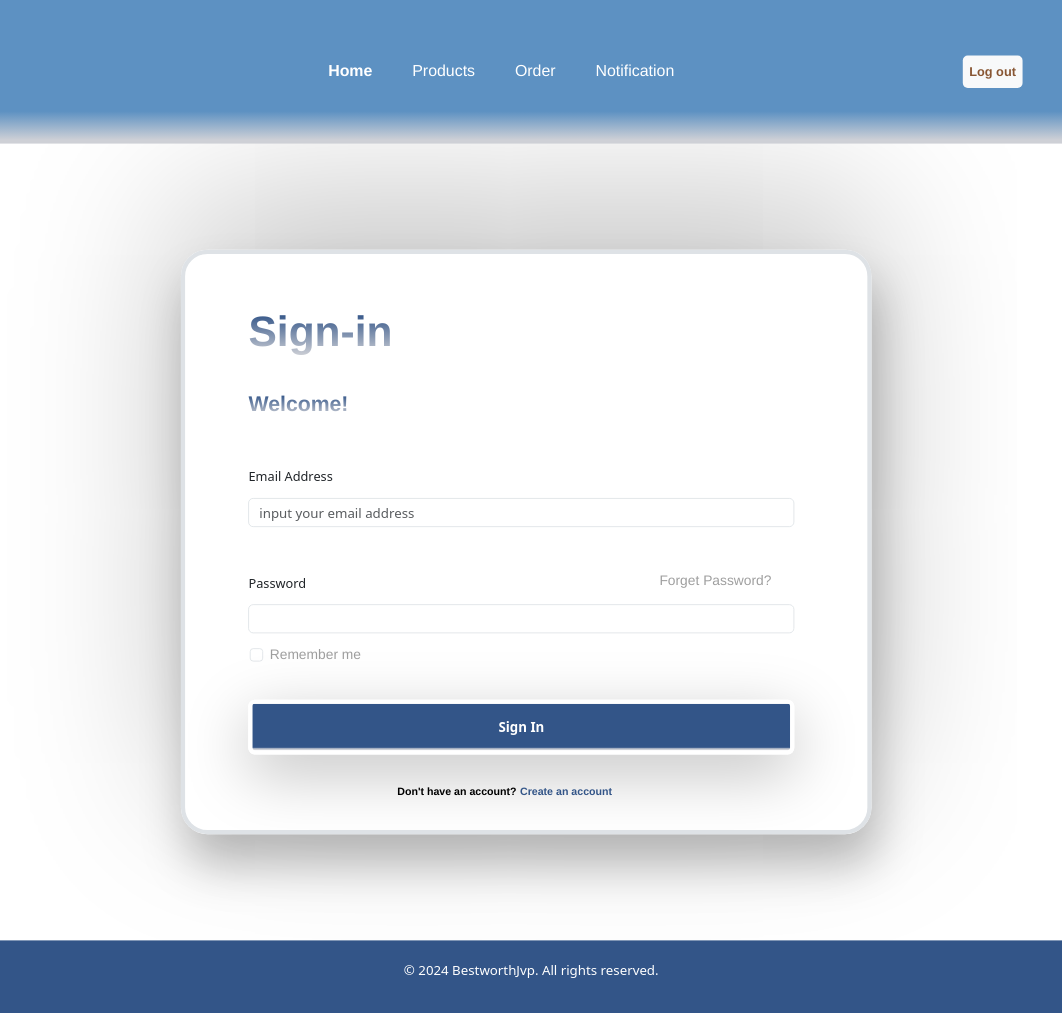
Repository: OVictor21/inventory
Page: /
The author's editor kept a copy of each file at every save. The page is drawn from the files as they stood at one save, then again after the next save.
The browser window is 1280 px wide. The pictures show the whole page, at 83% of full size.
The project was rebuilt for these pictures with package versions that can differ from the ones it lists, and the page was loaded fresh each time.

Above is the page before, as saved 2024-12-14 10:38:23.

After the next save:
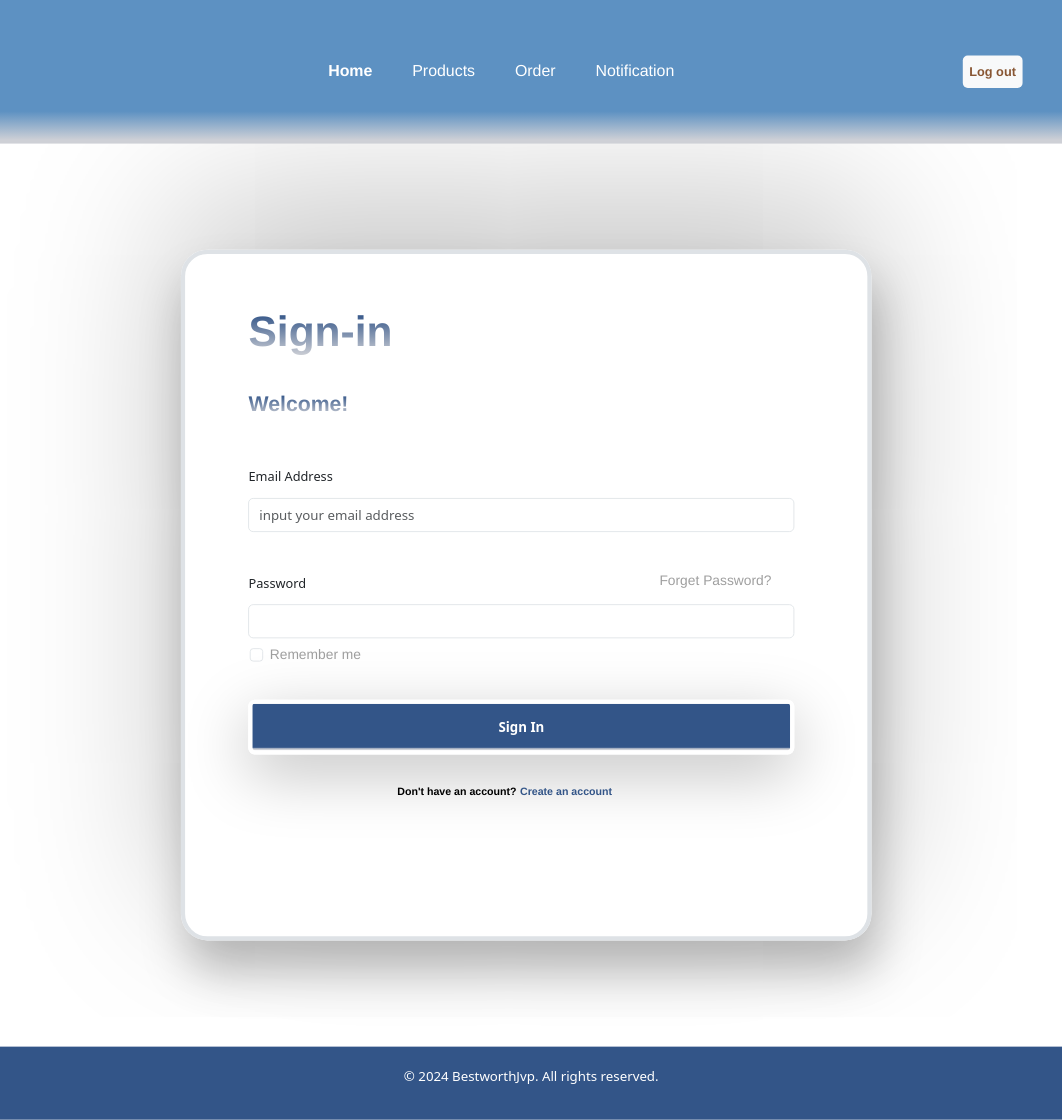
Saved 11 s later.
--- a/src/index.css
+++ b/src/index.css
@@ -46,7 +46,7 @@ nav {
 
 .sign-in{
   width: 65vw;
-  height: 55vw;
+  height: 65vw;
   box-shadow: 7px 37px 55px #00000040, 0px -54px 200px #00000040;
   left: 17vw;
   top: 10vw;
